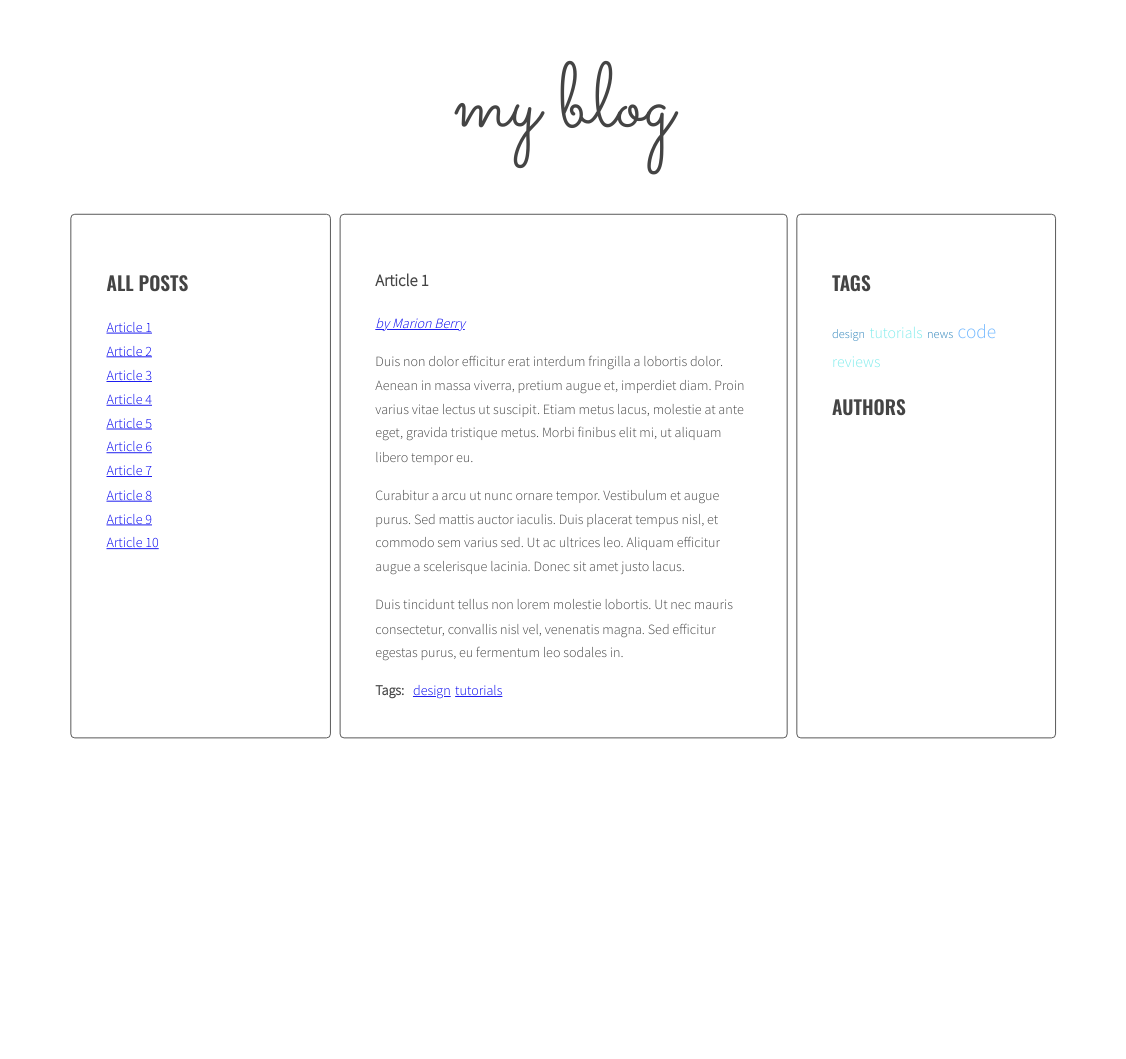
Repository: ulasup/javascript-blog
Page: index.html
An editor plug-in stored every save of this project. The page is shown before and after the next save, followed by the edit.
The browser window is 1280 px wide. The pictures show the whole page, at 88% of full size.
The style sheet was rebuilt from its Sass, Less or Tailwind sources for each picture, by a compiler version that may differ from the author's.

Above is the page before, as saved 2020-12-25 13:29:16.

### index.html
<!DOCTYPE html>
<html  lang="en">
    <head>
        <meta charset="UTF-8">
        <title>Film blog</title>
        <link rel="stylesheet" href="css/style.css">
    </head>
    <body>
        <div class="blog">
            <div class="container">
              <h1 class="logo">my blog</h1>
              <main class="wrapper">
                <aside class="sidebar">
                  <h2 class="section-title">All posts</h2>
                  <ul class="list titles">
                  </ul>
                </aside>
                <section class="posts">
                  <article class="post active" id="article-1" data-tags="design tutorials" data-author="Marion Berry">
                    <h3 class="post-title">Article 1</h3>
                    <p class="post-author"></p>
                    <div class="post-content">
                      <p>Duis non dolor efficitur erat interdum fringilla a lobortis dolor. Aenean in massa viverra, pretium augue et, imperdiet diam. Proin varius vitae lectus ut suscipit. Etiam metus lacus, molestie at ante eget, gravida tristique metus. Morbi finibus elit mi, ut aliquam libero tempor eu.</p>
                      <p>Curabitur a arcu ut nunc ornare tempor. Vestibulum et augue purus. Sed mattis auctor iaculis. Duis placerat tempus nisl, et commodo sem varius sed. Ut ac ultrices leo. Aliquam efficitur augue a scelerisque lacinia. Donec sit amet justo lacus.</p>
                      <p>Duis tincidunt tellus non lorem molestie lobortis. Ut nec mauris consectetur, convallis nisl vel, venenatis magna. Sed efficitur egestas purus, eu fermentum leo sodales in.</p>
                    </div>
                    <div class="post-tags">
                      <p><strong>Tags:</strong></p>
                      <ul class="list list-horizontal">
                      </ul>
                    </div>
                  </article>
                  <article class="post" id="article-2" data-tags="news code" data-author="Theo Tabby">
                    <h3 class="post-title">Article 2</h3>
                    <p class="post-author"></p>
                    <div class="post-content">
                      <p>Phasellus sollicitudin, arcu vel iaculis ullamcorper, quam leo viverra orci, et faucibus quam sapien vel est. Maecenas ac suscipit elit. Nullam interdum, lorem vitae venenatis pulvinar, ex dui malesuada nunc, tempus cursus enim metus vel nulla.</p>
                      <p>Integer hendrerit, eros id efficitur dapibus, ante arcu ullamcorper orci, a iaculis felis turpis at purus. Quisque sodales posuere sapien vel consectetur. Duis dui urna, commodo non ante nec, mattis dictum enim. Donec aliquam erat sed diam lobortis, vel gravida lacus laoreet. Phasellus pretium maximus mi, eu posuere justo suscipit vel.</p>
                      <p>Nam magna nisl, varius in malesuada vitae, facilisis vel metus. Proin rhoncus euismod leo dictum lobortis. Suspendisse non ante sapien.</p>
                    </div>
                    <div class="post-tags">
                      <p><strong>Tags:</strong></p>
                      <ul class="list list-horizontal">
                      </ul>
                    </div>
                  </article>
                  <article class="post" id="article-3" data-tags="news reviews design" data-author="George Tuxedo">
                    <h3 class="post-title">Article 3</h3>
                    <p class="post-author"></p>
                    <div class="post-content">
                      <p>Mauris vel pellentesque turpis, ac sodales nisl. Quisque iaculis mi velit, ut convallis tellus accumsan a. Quisque iaculis, nisi et dignissim tincidunt, nisl eros euismod nulla, finibus laoreet erat enim posuere elit.</p>
                      <p>Aenean at semper urna. Duis vel sapien molestie, egestas diam consequat, molestie nulla. Praesent a malesuada metus. Praesent et tempus leo.</p>
                      <p>Mauris in eleifend neque, vitae eleifend velit. Maecenas purus est, bibendum eget imperdiet id, dictum sed ante. Aenean a magna et eros sagittis aliquet.</p>
                    </div>
                    <div class="post-tags">
                      <p><strong>Tags:</strong></p>
                      <ul class="list list-horizontal">
                      </ul>
                    </div>
                  </article>
                  <article class="post" id="article-4" data-tags="tutorials code design" data-author="Kitty Toebean">
                    <h3 class="post-title">Article 4</h3>
                    <p class="post-author"></p>
                    <div class="post-content">
                      <p>Morbi vel cursus nulla, vel varius mauris. Suspendisse sed elit sit amet risus faucibus vestibulum ut sit amet purus. Donec orci est, condimentum ut quam quis, scelerisque fringilla ligula.</p>
                      <p>Quisque bibendum nisl id quam sagittis, id pretium dolor scelerisque. Suspendisse non odio nec velit dapibus placerat non a libero.</p>
                      <p>Vivamus at tristique ex, feugiat sagittis ex. Cras cursus, ipsum et efficitur commodo, urna sapien rutrum magna, quis sodales justo ligula eget nunc. In hac habitasse platea dictumst.</p>
                    </div>
                    <div class="post-tags">
                      <p><strong>Tags:</strong></p>
                      <ul class="list list-horizontal">
                      </ul>
                    </div>
                  </article>
                  <article class="post" id="article-5" data-tags="design reviews" data-author="Marion Berry">
                    <h3 class="post-title">Article 5</h3>
                    <p class="post-author"></p>
                    <div class="post-content">
                      <p>Suspendisse sem eros, euismod condimentum arcu ac, consequat fermentum orci. Nam convallis lacus nec interdum vestibulum. Vestibulum luctus, quam eu tristique ornare, lorem nibh sodales enim, vitae tempor dolor ante vitae tortor.</p>
                      <p>Duis venenatis metus quis luctus lobortis. In porttitor ipsum eget ligula aliquam ornare. Cras malesuada urna id volutpat sodales.</p>
                      <p>Donec lobortis ultricies turpis, eu viverra magna gravida quis. Fusce sit amet pretium nulla. Duis rutrum metus vel libero sodales, pellentesque varius ex pulvinar.</p>
                    </div>
                    <div class="post-tags">
                      <p><strong>Tags:</strong></p>
                      <ul class="list list-horizontal">
                      </ul>
                    </div>
                  </article>
                  <article class="post" id="article-6" data-tags="reviews code" data-author="George Tuxedo">
                    <h3 class="post-title">Article 6</h3>
                    <p class="post-author"></p>
                    <div class="post-content">
                      <p>Donec posuere iaculis ante sed hendrerit. Lorem ipsum dolor sit amet, consectetur adipiscing elit. Quisque hendrerit neque nec urna tincidunt, quis vehicula dui vulputate. Morbi est sapien, auctor ut lectus eu, placerat viverra lorem.</p>
                      <p>Cras consectetur at erat id accumsan. Suspendisse lacinia in nulla quis vulputate. Nunc vitae consectetur augue. Nam ut vehicula mi. Aliquam tristique, purus in hendrerit porta, elit lectus finibus mi, vel malesuada nisl lectus a libero.</p>
                      <p>Nam quis efficitur ante. Sed eget purus quis ex commodo porta eu sit amet dolor. Mauris tellus nisl, dictum nec est vitae, condimentum ornare ante. Fusce ornare hendrerit maximus. In maximus rhoncus justo.</p>
                    </div>
                    <div class="post-tags">
                      <p><strong>Tags:</strong></p>
                      <ul class="list list-horizontal">
                      </ul>
                    </div>
                  </article>
                  <article class="post" id="article-7" data-tags="code news" data-author="Kitty Toebean">
                    <h3 class="post-title">Article 7</h3>
                    <p class="post-author"></p>
                    <div class="post-content">
                      <p>Donec eleifend mauris ac nisl fermentum, ac fermentum turpis dignissim. Aliquam diam nisl, imperdiet a varius eget, lobortis sed nisi. Nullam suscipit ipsum sed magna blandit, sed pellentesque urna malesuada.</p>
                      <p>Duis vestibulum arcu et lectus viverra porta. Praesent tempor lacus eget quam mattis, sit amet venenatis diam ultrices. Morbi gravida sapien quis ligula tincidunt, vel sagittis erat ultrices.</p>
                      <p>Ut orci tellus, laoreet ac diam ut, tempus bibendum nisi. Nam egestas sagittis nibh. Curabitur tristique dui quis egestas pretium. Duis eu felis orci.</p>
                    </div>
                    <div class="post-tags">
                      <p><strong>Tags:</strong></p>
                      <ul class="list list-horizontal">
                      </ul>
                    </div>
                  </article>
                  <article class="post" id="article-8" data-tags="news design tutorials" data-author="Theo Tabby">
                    <h3 class="post-title">Article 8</h3>
                    <p class="post-author"></p>
                    <div class="post-content">
                      <p>Praesent quis imperdiet erat. Curabitur tempor sapien a interdum malesuada. Proin libero erat, sagittis a sollicitudin eget, pulvinar nec risus. Cras et suscipit sem.</p>
                      <p>Maecenas consequat diam nec sollicitudin congue. Aenean porttitor porttitor quam, condimentum interdum metus congue sed. Donec at nulla ipsum.</p>
                      <p>Mauris non congue dui. Aenean ac eros vitae massa vulputate aliquet ut ac elit. Morbi iaculis auctor nunc aliquet luctus. Nunc tincidunt sem dui, quis interdum leo pellentesque eget. Fusce id leo varius, imperdiet nunc vitae, tristique mi. Mauris quis interdum justo. Mauris auctor purus eu leo faucibus feugiat. Nulla at odio vitae leo semper blandit.</p>
                    </div>
                    <div class="post-tags">
                      <p><strong>Tags:</strong></p>
                      <ul class="list list-horizontal">
                      </ul>
                    </div>
                  </article>
                  <article class="post" id="article-9" data-tags="news tutorials" data-author="Marion Berry">
                    <h3 class="post-title">Article 9</h3>
                    <p class="post-author"></p>
                    <div class="post-content">
                      <p>Tam et facilisis purus. Donec vulputate est quis lobortis posuere. Nunc vitae lorem ut odio faucibus pulvinar nec in justo. Ut ut ante ac tellus ornare tempus. Nunc maximus, tortor et dictum convallis, nunc libero posuere leo, scelerisque ultrices arcu sapien ut tellus.</p>
                      <p>Fusce lacinia augue massa, non tincidunt tortor auctor quis. Vestibulum ut pretium nisl. Etiam id tellus tempus, commodo ligula vehicula, porta magna.</p>
                      <p>Donec fringilla blandit dolor vel aliquet. Fusce tortor sapien, lobortis eu vehicula sit amet, dignissim et lectus. In ullamcorper metus vel massa fermentum, at fermentum dui sollicitudin. Nullam lacinia elit vel tortor ullamcorper pulvinar.</p>
                    </div>
                    <div class="post-tags">
                      <p><strong>Tags:</strong></p>
                      <ul class="list list-horizontal">
                      </ul>
                    </div>
                  </article>
                  <article class="post" id="article-10" data-tags="code design news reviews" data-author="George Tuxedo">
                    <h3 class="post-title">Article 10</h3>
                    <p class="post-author"></p>
                    <div class="post-content">
                      <p>Aliquam erat volutpat. Ut non eleifend lectus. Donec suscipit tellus tempor, ornare dui id, hendrerit neque. Phasellus lacinia laoreet dui in luctus. Sed hendrerit, magna sit amet varius tempor, augue augue scelerisque est, non scelerisque mauris libero eu sapien.</p>
                      <p>Sed at sapien in quam sollicitudin aliquam. In interdum metus a mi porttitor luctus. Sed commodo, arcu id lacinia posuere, felis elit pharetra urna, at feugiat est orci sit amet libero. Quisque in nisl est. Nullam vehicula at lectus non luctus. Cras aliquam neque magna, at varius nisi egestas ut.</p>
                      <p>Rhoncus purus nulla, non auctor lacus placerat ut. Aliquam condimentum eget magna ac gravida. Etiam egestas faucibus urna et finibus. Cras vel tellus vel magna suscipit euismod. Maecenas id arcu ante. Duis iaculis scelerisque erat, at ullamcorper arcu consectetur eu. Fusce aliquam diam at arcu pharetra, vel fermentum nunc lobortis.</p>
                    </div>
                    <div class="post-tags">
                      <p><strong>Tags:</strong></p>
                      <ul class="list list-horizontal">
                      </ul>
                    </div>
                  </article>
                </section>
                <aside class="sidebar">
                  <h2 class="section-title">Tags</h2>
                  <ul class="list tags">
                  </ul>
                  <h2 class="section-title">Authors</h2>
                  <ul class="list authors">
                  </ul>
                </aside>
              </main>
            </div>
          </div>
    <script src="js/script.js"></script>
    </body>
</html>

### js/script.js
'use strict';

function titleClickHandler(event){
  event.preventDefault();

  const activeLinks = document.querySelectorAll('.titles a.active');
  for(let activeLink of activeLinks){
    activeLink.classList.remove('active');
  }

  const clickedElement = this;
  clickedElement.classList.add('active');

  const activeArticles = document.querySelectorAll('.post.active');
  for(let activeArticle of activeArticles){
    activeArticle.classList.remove('active');
  }

  const articleSelector = clickedElement.getAttribute('href');
  const targetArticle = document.querySelector(articleSelector);
  targetArticle.classList.add('active');
}

const optArticleSelector = '.post',
  optTitleSelector = '.post-title',
  optTitleListSelector = '.titles',
  optArticleTagsSelector = '.post-tags .list',
  optTagsListSelector = '.tags.list',
  optArticleAuthorSelector = '.post-author',
  optAuthorsListSelector = '.authors',
  optCloudClassCount = 5,
  optCloudClassPrefix = 'tag-size-';

function generateTitleLinks(customSelector = ''){

  const titleList = document.querySelector(optTitleListSelector);
  titleList.innerHTML = '';

  const articles = document.querySelectorAll(optArticleSelector + customSelector);
  let html = '';
  for (let article of articles){
    const articleId = article.getAttribute('id');
    const articleTitle = article.querySelector(optTitleSelector).innerHTML;
    const linkHTML = '<li><a href="#' + articleId + '"><span>' + articleTitle + '</span></a></li>';
    html = html + linkHTML;
  }
  titleList.innerHTML = html;

  const links = document.querySelectorAll('.titles a');
  for(let link of links){
    link.addEventListener('click', titleClickHandler);
  }
}

generateTitleLinks();

function calculateTagsParams(tags){
  const params = {
    max: 0,
    min: 999999
  };
  for(let tag in tags){
    if(tags[tag] > params.max){
      params.max = tags[tag];
    }
    if(tags[tag] < params.min){
      params.min = tags[tag];
    }
  }
  return params;
}

function calculateTagClass(count, params){
  const normalizedCount = count - params.min;
  const normalizedMax = params.max - params.min;
  const percentage = normalizedCount / normalizedMax;
  const classNumber = Math.floor( percentage * (optCloudClassCount - 1) + 1 );

  return optCloudClassPrefix + classNumber;
}

function generateTags(){
  let allTags = {};
  const articles = document.querySelectorAll(optArticleSelector);
  for (let article of articles){
    const tagList = article.querySelector(optArticleTagsSelector);
    let html = '';
    const articleTags = article.getAttribute('data-tags');
    const articleTagsArray = articleTags.split(' ');
    for (let tag of articleTagsArray){
      const linkHTML = '<li><a href="#tag-' + tag + '"><span>' + tag + '</span></a></li>';
      html = html + linkHTML;
      if(!allTags.hasOwnProperty(tag)){
        allTags[tag] = 1;
      } else {
        allTags[tag]++;
      }
    }
    tagList.innerHTML = html;
  }
  const tagList = document.querySelector(optTagsListSelector);
  const tagsParams = calculateTagsParams(allTags);
  let allTagsHTML = '';
  for(let tag in allTags){
    const linkAllTagsHTML = '<li><a href="#tag-' + tag + '" class="' + calculateTagClass(allTags[tag], tagsParams) + '">' + tag + '</a></li>';
    allTagsHTML += linkAllTagsHTML;
  }
  tagList.innerHTML = allTagsHTML;

}

generateTags();

function tagClickHandler(event){
  event.preventDefault();

  const clickedElement = this;
  const href = clickedElement.getAttribute('href');
  const tag = href.replace('#tag-', '');

  const activeTags = document.querySelectorAll('a.active[href^="#tag-"]');
  for(let activeTag of activeTags){
    activeTag.classList.remove('active');
  }

  const tagLinks = document.querySelectorAll('a[href="' + href + '"]');
  for (let tagLink of tagLinks){
    tagLink.classList.add('active');
  }

  generateTitleLinks('[data-tags~="' + tag + '"]');
}

function addClickListenersToTags(){
  const links =  document.querySelectorAll('a[href^="#tag-"]');
  for(let link of links){
    link.addEventListener('click', tagClickHandler);
  }
}

addClickListenersToTags();

function generateAuthors(){
  let allAuthors = {};
  const articles = document.querySelectorAll(optArticleSelector);
  for (let article of articles){
    const authorsList = article.querySelector(optArticleAuthorSelector);
    const articleAuthor = article.getAttribute('data-author');
    const linkHTML = '<a href="#author-' + articleAuthor + '"><span>by ' + articleAuthor + '</span></a>';
    authorsList.innerHTML = linkHTML;

    if(!allAuthors.hasOwnProperty(articleAuthor)){
      allAuthors[articleAuthor] = 1;
    } else {
      allAuthors[articleAuthor]++;
    }
  }
  const authorList = document.querySelector(optAuthorsListSelector);
  console.log(optAuthorsListSelector);
  let allAuthorsHTML = '';
  for(let articleAuthor in allAuthors){
    const linkAllAuthorsHTML = '<li><a href="#author-' + articleAuthor + '"' + articleAuthor + '</a></li>';
    allAuthorsHTML += linkAllAuthorsHTML;
  }
  authorList.innerHTML = allAuthorsHTML;
}

generateAuthors();

function authorClickHandler(event){
  event.preventDefault();

  const clickedElement = this;
  const author = clickedElement.getAttribute('href');

  const activeAuthors = document.querySelectorAll('a.active');
  for(let activeAuthor of activeAuthors){
    activeAuthor.classList.remove('active');
  }

  const authorLinks = document.querySelectorAll(author);
  for (let authorLink of authorLinks){
    authorLink.classList.add('active');
  }

  generateTitleLinks('[data-author="' + author + '"]');

}

function addClickListenersToAuthors(){
  const links =  document.querySelectorAll('a[href^="#author-"]');
  for(let link of links){
    link.addEventListener('click', authorClickHandler);
  }
}

addClickListenersToAuthors();

### sass/style.scss
@import url('https://fonts.googleapis.com/css?family=Oswald:400,600|Sacramento|Source+Sans+Pro:300&subset=latin-ext');

/* Variables */

$color-light: #fff;
$color-dark: #444;

$font-logo: 'Sacramento', cursive;
$font-header: 'Oswald', sans-serif;
$font-text: 'Source Sans Pro', sans-serif;

/* Global */

*, *::before, *::after {
  box-sizing: border-box;
}

body {
  background: $color-light;
  font-family: $font-text;
  color: $color-dark;
  font-weight: 300;
  font-size: 16px;
  line-height: 1.7;
}

.container {
  max-width: 1140px;
  margin: 0 auto;
}

.section-title {
  font-size: 22px;
  text-transform: uppercase;
  font-family: $font-header;
  font-weight: 600;

  span {
    text-transform: none;
    font-weight: 400;
    color: lighten($color-dark, 20%);
  }
}

/* Layout */

.wrapper {
  display: flex;
  margin-left: 10px;
}

.sidebar {
  flex: 1 0 0;
}

.posts {
  flex: 2 0 0;
}

.sidebar, .posts {
  background: $color-light;
  margin-right: 10px;
  padding: 40px;
  border: 1px solid $color-dark;
  border-radius: 5px;
}

/* Logo */

.logo {
  font-family: $font-logo;
  font-weight: 400;
  font-size: 104px;
  line-height: 1;
  text-align: center;
}

/* Lists */

.list {
  list-style-type: none;
  margin: 0;
  padding: 0;

  .active {
    font-weight: bold;
  }
}

.list-horizontal {
  li {
    display: inline-block;
    margin-right: 5px;
  }
}

/* Authors */

.authors {
  li {
    margin-bottom: 12px;
  }
}

/* Post */

.post {
  z-index: -1;
  position: absolute;
  opacity: 0;

  &.active {
    z-index: 2;
    position: relative;
    opacity: 1;
    transition: opacity 1s;
  }
}

.post-author {
  font-style: italic;
}

.post-tags {
  display: flex;

  p {
    margin: 0 10px 0 0;
  }
}

.tags li {
  display: inline-block;
  margin-right: 5px;
}

a[class^="tag-size-"] {
  text-decoration: none;
}

.tag-size-1 {
  color: #81ecec;
  font-size: 18px;
}

.tag-size-2 {
  color: #55efc4;
  font-size: 14px;
}

.tag-size-3 {
  color: #74b9ff;
  font-size: 22px;
}

.tag-size-4 {
  color: #0984e3;
  font-size: 14px;
}

.tag-size-5 {
  color: #2980b9;
  font-size: 14px;
}

After the next save:
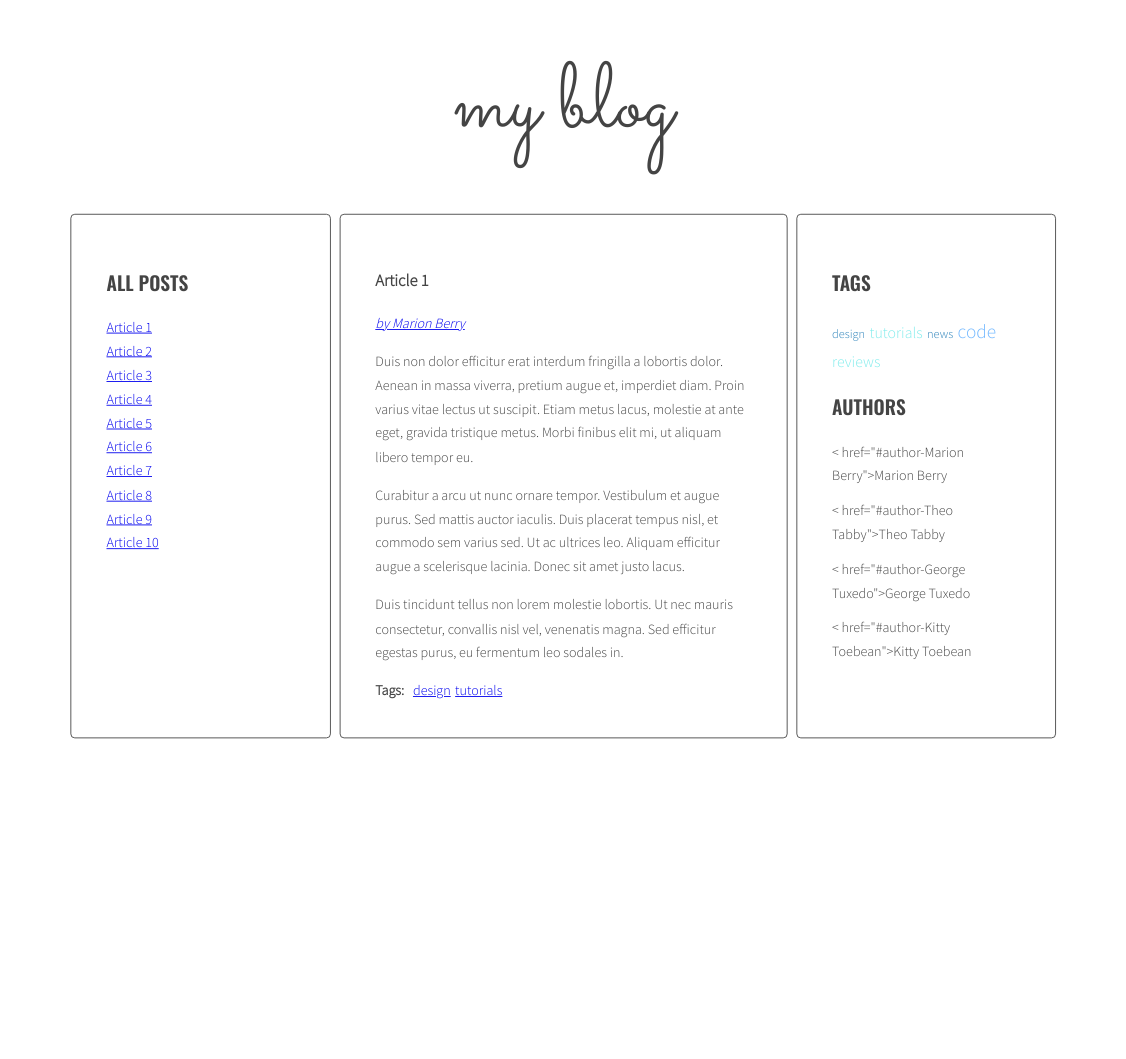
Saved 5 min 24 s later.
--- a/js/script.js
+++ b/js/script.js
@@ -159,7 +159,7 @@ function generateAuthors(){
   console.log(optAuthorsListSelector);
   let allAuthorsHTML = '';
   for(let articleAuthor in allAuthors){
-    const linkAllAuthorsHTML = '<li><a href="#author-' + articleAuthor + '"' + articleAuthor + '</a></li>';
+    const linkAllAuthorsHTML = '<li>< href="#author-' + articleAuthor + '">' + articleAuthor + '</a></li>';
     allAuthorsHTML += linkAllAuthorsHTML;
   }
   authorList.innerHTML = allAuthorsHTML;
